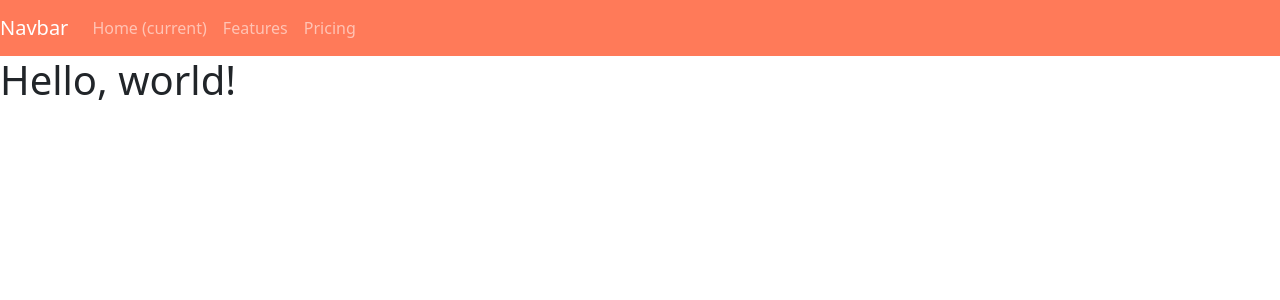
Repository: Sarah7223/internet-programming-tp
Page: TP4/TP04.5.html
An editor plug-in stored every save of this project. The page is shown before and after the next save, followed by the edit.
The browser window is 1280 px wide. The pictures show the whole page.

Above is the page before, as saved 2023-02-01 22:04:54.

### TP4/TP04.5.html
<!DOCTYPE html>
    <head>
        <style>
            .navbar {
            background: #FF7A59;
            }
        </style>
        <link href="https://cdn.jsdelivr.net/npm/bootstrap@5.3.0-alpha1/dist/css/bootstrap.min.css" rel="stylesheet" integrity="sha384-GLhlTQ8iRABdZLl6O3oVMWSktQOp6b7In1Zl3/Jr59b6EGGoI1aFkw7cmDA6j6gD" crossorigin="anonymous">
    </head>
    <body>
        <nav class="navbar navbar-expand-sm navbar-dark">
            <a class="navbar-brand" href="#">Navbar</a>
            <button class="navbar-toggler" type="button" data-toggle="collapse" data-target="#navbarNavDropdown" aria-controls="navbarNavDropdown" aria-expanded="false" aria-label="Toggle navigation">
              <span class="navbar-toggler-icon"></span>
            </button>
            <div class="collapse navbar-collapse" id="navbarNavDropdown">
              <ul class="navbar-nav">
                <li class="nav-item active">
                  <a class="nav-link" href="#">Home <span class="sr-only">(current)</span></a>
                </li>
                <li class="nav-item">
                  <a class="nav-link" href="#">Features</a>
                </li>
                <li class="nav-item">
                  <a class="nav-link" href="#">Pricing</a>
                </li>
              </ul>
            </div>
          </nav>
              <h1>Hello, world!</h1>

              <!-- Optional JavaScript -->
              <!-- jQuery first, then Popper.js, then Bootstrap JS -->
              <script src="https://code.jquery.com/jquery-3.4.1.slim.min.js" integrity="sha384-J6qa4849blE2+poT4WnyKhv5vZF5SrPo0iEjwBvKU7imGFAV0wwj1yYfoRSJoZ+n" crossorigin="anonymous"></script>
              <script src="https://cdn.jsdelivr.net/npm/popper.js@1.16.0/dist/umd/popper.min.js" integrity="sha384-Q6E9RHvbIyZFJoft+2mJbHaEWldlvI9IOYy5n3zV9zzTtmI3UksdQRVvoxMfooAo" crossorigin="anonymous"></script>
              <script src="https://stackpath.bootstrapcdn.com/bootstrap/4.4.1/js/bootstrap.min.js" integrity="sha384-wfSDF2E50Y2D1uUdj0O3uMBJnjuUD4Ih7YwaYd1iqfktj0Uod8GCExl3Og8ifwB6" crossorigin="anonymous"></script>
    </body>
</html

After the next save:
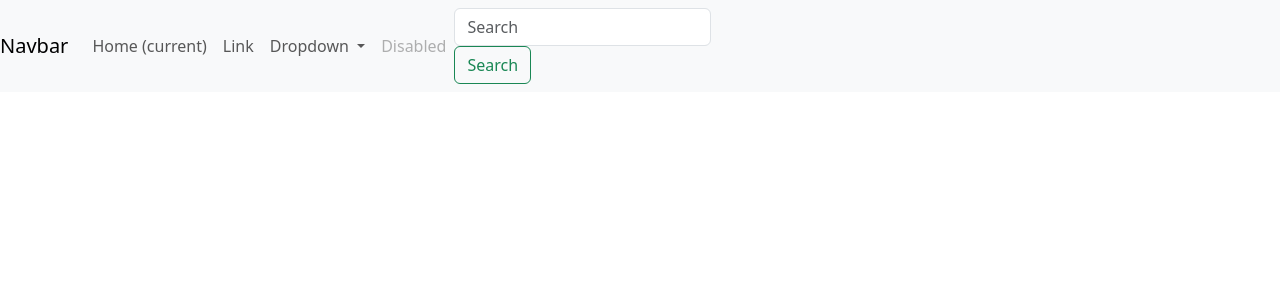
Saved 90 s later.
--- a/TP4/TP04.5.html
+++ b/TP4/TP04.5.html
@@ -8,26 +8,41 @@
         <link href="https://cdn.jsdelivr.net/npm/bootstrap@5.3.0-alpha1/dist/css/bootstrap.min.css" rel="stylesheet" integrity="sha384-GLhlTQ8iRABdZLl6O3oVMWSktQOp6b7In1Zl3/Jr59b6EGGoI1aFkw7cmDA6j6gD" crossorigin="anonymous">
     </head>
     <body>
-        <nav class="navbar navbar-expand-sm navbar-dark">
+        <nav class="navbar navbar-expand-lg navbar-light bg-light">
             <a class="navbar-brand" href="#">Navbar</a>
-            <button class="navbar-toggler" type="button" data-toggle="collapse" data-target="#navbarNavDropdown" aria-controls="navbarNavDropdown" aria-expanded="false" aria-label="Toggle navigation">
+            <button class="navbar-toggler" type="button" data-toggle="collapse" data-target="#navbarSupportedContent" aria-controls="navbarSupportedContent" aria-expanded="false" aria-label="Toggle navigation">
               <span class="navbar-toggler-icon"></span>
             </button>
-            <div class="collapse navbar-collapse" id="navbarNavDropdown">
-              <ul class="navbar-nav">
+
+            <div class="collapse navbar-collapse" id="navbarSupportedContent">
+              <ul class="navbar-nav mr-auto">
                 <li class="nav-item active">
                   <a class="nav-link" href="#">Home <span class="sr-only">(current)</span></a>
                 </li>
                 <li class="nav-item">
-                  <a class="nav-link" href="#">Features</a>
+                  <a class="nav-link" href="#">Link</a>
+                </li>
+                <li class="nav-item dropdown">
+                  <a class="nav-link dropdown-toggle" href="#" id="navbarDropdown" role="button" data-toggle="dropdown" aria-haspopup="true" aria-expanded="false">
+                    Dropdown
+                  </a>
+                  <div class="dropdown-menu" aria-labelledby="navbarDropdown">
+                    <a class="dropdown-item" href="#">Action</a>
+                    <a class="dropdown-item" href="#">Another action</a>
+                    <div class="dropdown-divider"></div>
+                    <a class="dropdown-item" href="#">Something else here</a>
+                  </div>
                 </li>
                 <li class="nav-item">
-                  <a class="nav-link" href="#">Pricing</a>
+                  <a class="nav-link disabled" href="#">Disabled</a>
                 </li>
               </ul>
+              <form class="form-inline my-2 my-lg-0">
+                <input class="form-control mr-sm-2" type="search" placeholder="Search" aria-label="Search">
+                <button class="btn btn-outline-success my-2 my-sm-0" type="submit">Search</button>
+              </form>
             </div>
           </nav>
-              <h1>Hello, world!</h1>
 
               <!-- Optional JavaScript -->
               <!-- jQuery first, then Popper.js, then Bootstrap JS -->
